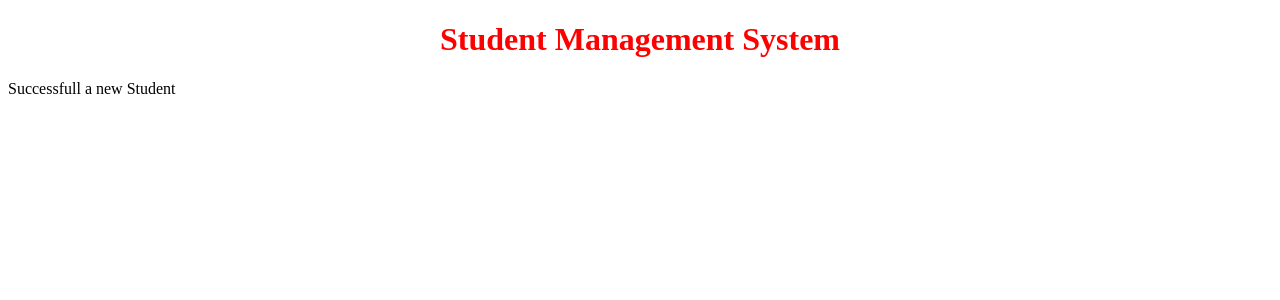
Repository: Aviligonda/Servlet_Programs
Page: http://localhost/StudentManagementSystem/addStudent.jsp
These files come from the project's save history. The page is drawn as it stood at one moment and after the next save; the edit follows.
The browser window is 1280 px wide. The pictures show the whole page.
The page is served by Tomcat 9.

Above is the page before, as saved 2024-11-25 12:39:47.

After the next save:
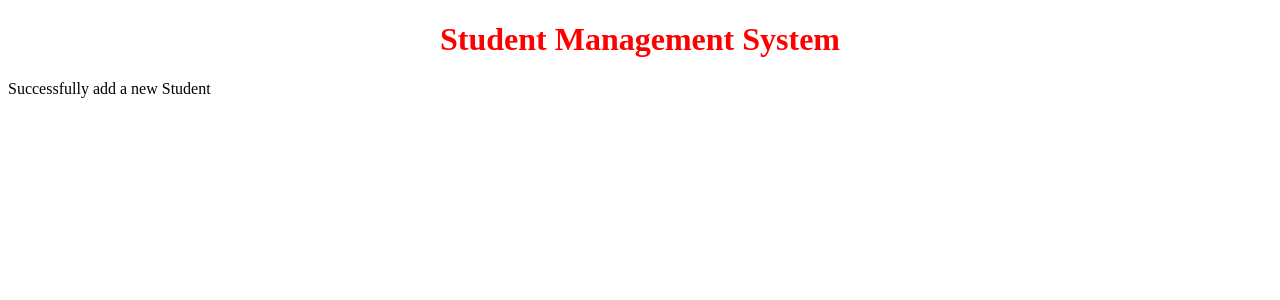
Saved 4 s later.
--- a/StudentManagementSystem/src/main/webapp/addStudent.jsp
+++ b/StudentManagementSystem/src/main/webapp/addStudent.jsp
@@ -24,7 +24,7 @@
 	pStatement.setString(3, branch);
 	pStatement.setString(4, contactNumber);
 	pStatement.execute();
-	out.println("Successfull a new Student");
+	out.println("Successfully add a new Student");
 
 
 	%>
